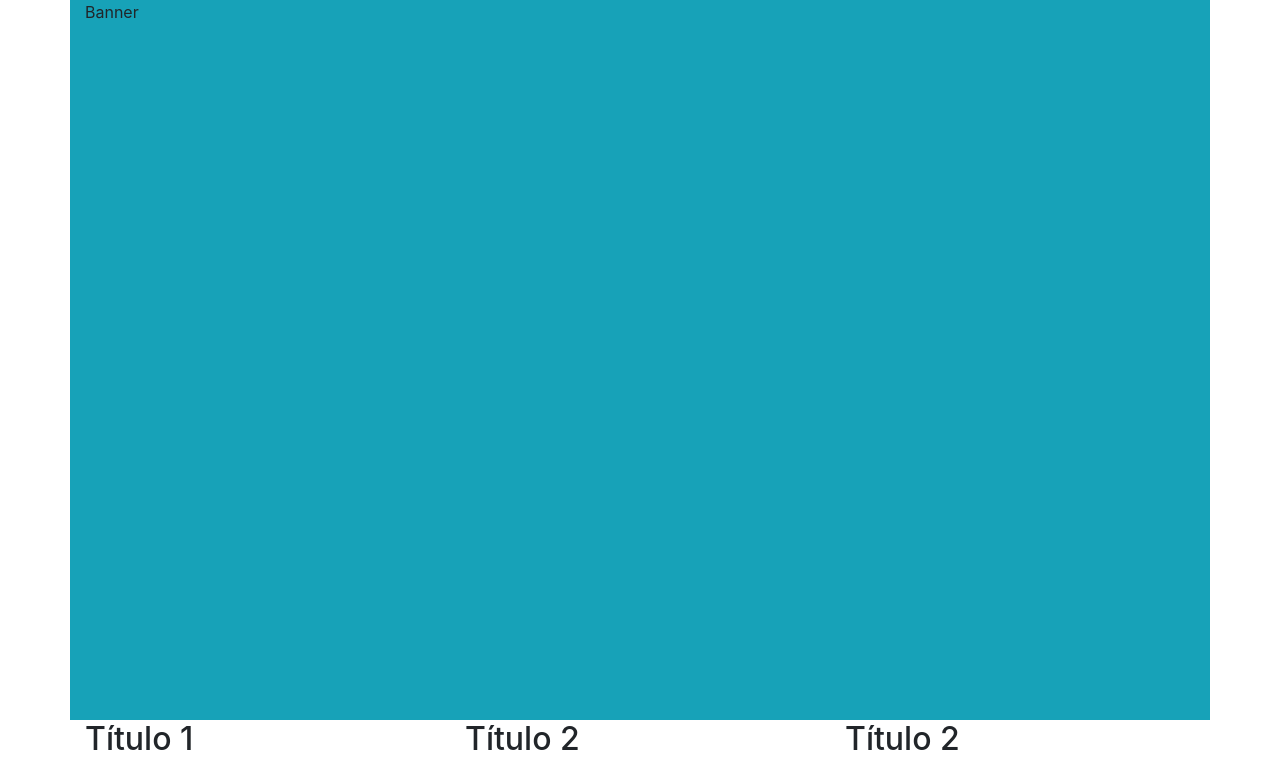
Repository: woodyalan/bootstrap-4
Page: conteudo.html
These files come from the project's save history. The page is drawn as it stood at one moment and after the next save; the edit follows.
The browser window is 1280 px wide. The pictures show the whole page.

Above is the page before, as saved 2020-09-08 22:22:50.

### conteudo.html
<!DOCTYPE html>
<html lang="pt-br">
  <head>
    <!-- Required meta tags -->
    <meta charset="utf-8" />
    <meta name="viewport" content="width=device-width, initial-scale=1, shrink-to-fit=no" />

    <link rel="stylesheet" href="https://stackpath.bootstrapcdn.com/bootstrap/4.5.2/css/bootstrap.min.css" />
    <link rel="stylesheet" href="css/style.css" />

    <title>OlA Bootstrap!</title>
  </head>
  <body>
    <div class="container">
      <!-- <h1>OlA Bootstrap!</h1>

      <div class="row">
        <div class="col-3 bg-primary">Area 1</div>
        <div class="col-6 bg-success">Area 2</div>
        <div class="col-3 bg-primary">Area 3</div>
      </div>

      <div class="row">
        <div class="col-6 col-lg-3 bg-primary">Area 1</div>
        <div class="col-6 col-lg-6 bg-success">Area 2</div>
        <div class="col-12 col-lg-3 bg-info">Area 3</div>
      </div>

      <div class="row">
        <div class="col bg-primary">Area 1</div>
        <div class="col bg-success">Area 2</div>
        <div class="col bg-info">Area 3</div>
      </div> -->

      <div class="row">
        <div class="col-12 banner bg-info">Banner</div>
      </div>

      <div class="row">
        <div class="col-12 col-lg-4">
          <h2>Título 1</h2>
        </div>
        <div class="col-12 col-lg-4">
          <h2>Título 2</h2>
        </div>
        <div class="col-12 col-lg-4">
          <h2>Título 2</h2>
        </div>
      </div>
    </div>

    <!-- JS, Popper e jQuery -->
    <script src="https://code.jquery.com/jquery-3.5.1.slim.min.js"></script>
    <script src="https://cdn.jsdelivr.net/npm/popper.js@1.16.1/dist/umd/popper.min.js"></script>
    <script src="https://stackpath.bootstrapcdn.com/bootstrap/4.5.2/js/bootstrap.min.js"></script>
  </body>
</html>

### css/style.css
.banner {
    height: 100vh;
}

After the next save:
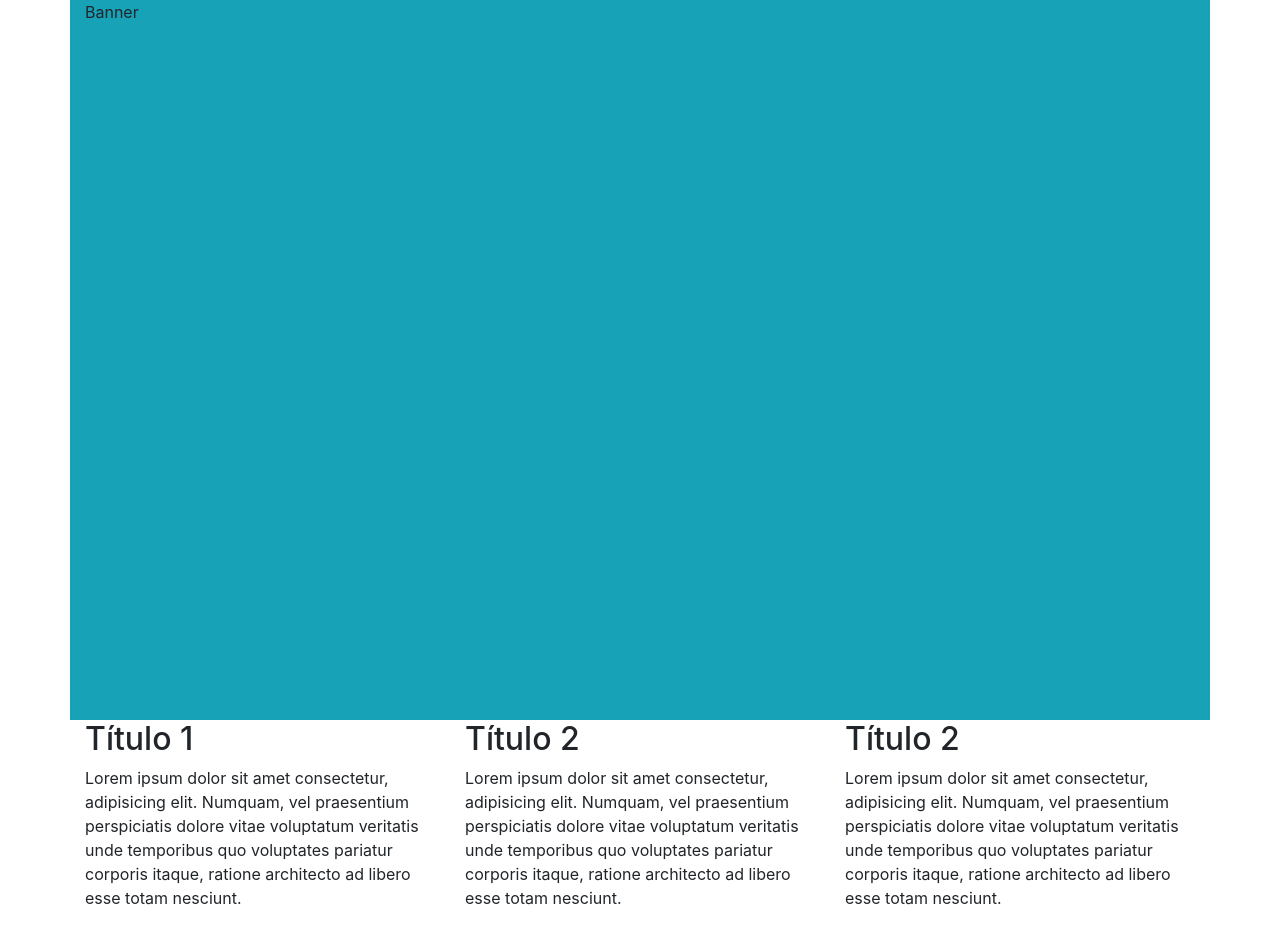
Saved 31 s later.
--- a/conteudo.html
+++ b/conteudo.html
@@ -39,12 +39,27 @@
       <div class="row">
         <div class="col-12 col-lg-4">
           <h2>Título 1</h2>
+          <p>
+            Lorem ipsum dolor sit amet consectetur, adipisicing elit. Numquam, vel praesentium perspiciatis dolore vitae
+            voluptatum veritatis unde temporibus quo voluptates pariatur corporis itaque, ratione architecto ad libero
+            esse totam nesciunt.
+          </p>
         </div>
         <div class="col-12 col-lg-4">
           <h2>Título 2</h2>
+          <p>
+            Lorem ipsum dolor sit amet consectetur, adipisicing elit. Numquam, vel praesentium perspiciatis dolore vitae
+            voluptatum veritatis unde temporibus quo voluptates pariatur corporis itaque, ratione architecto ad libero
+            esse totam nesciunt.
+          </p>
         </div>
         <div class="col-12 col-lg-4">
           <h2>Título 2</h2>
+          <p>
+            Lorem ipsum dolor sit amet consectetur, adipisicing elit. Numquam, vel praesentium perspiciatis dolore vitae
+            voluptatum veritatis unde temporibus quo voluptates pariatur corporis itaque, ratione architecto ad libero
+            esse totam nesciunt.
+          </p>
         </div>
       </div>
     </div>
